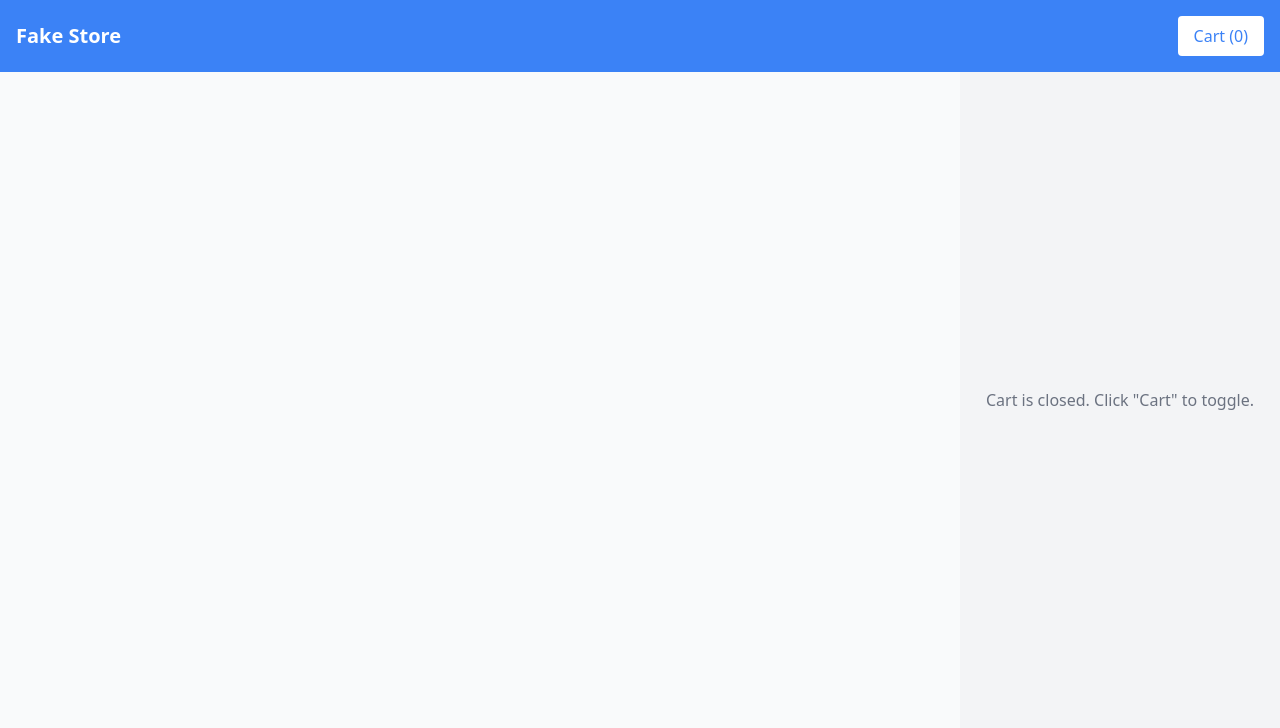
Repository: Meenakshi-commits/cart_app
Page: /
The author's editor kept a copy of each file at every save. The page is drawn from the files as they stood at one save, then again after the next save.
The browser window is 1280 px wide. The pictures show the whole page.
The page's requests for data from a server got no answer. The project was rebuilt for these pictures with package versions that can differ from the ones it lists, and the page was loaded fresh each time. No one was signed in, and anything a server would have sent is missing. Also part of the build but not shown: vite.config.js, src/components/ProductCard.jsx, src/components/CartModal.jsx.

Above is the page before, as saved 2025-01-07 20:39:14.

### index.html
<!doctype html>
<html lang="en">
  <head>
    <meta charset="UTF-8" />
    <link rel="icon" type="image/svg+xml" href="/vite.svg" />
    <meta name="viewport" content="width=device-width, initial-scale=1.0" />
    <title>Cart App</title>
  </head>
  <body>
    <div id="root"></div>
    <script type="module" src="/src/main.jsx"></script>
  </body>
</html>

### src/App.jsx
import React, { useState, useEffect } from 'react';
import Navbar from './components/Navbar';
import ProductList from './components/ProductList';
import CartModal from './components/CartModal';

const App = () => {
  const [products, setProducts] = useState([]);
  const [cart, setCart] = useState([]);
  const [isCartModalOpen, setIsCartModalOpen] = useState(false);

  useEffect(() => {
    fetch('https://fakestoreapi.com/products')
      .then((response) => response.json())
      .then((data) => setProducts(data));
  }, []);

  const addToCart = (product) => {
    if (cart.find((item) => item.id === product.id)) {
      alert('Item already added to the cart');
    } else {
      setCart([...cart, product]);
    }
  };

  const removeFromCart = (id) => {
    setCart(cart.filter((item) => item.id !== id));
  };

  const toggleCartModal = () => {
    setIsCartModalOpen(!isCartModalOpen);
  };

  return (
    <div className="App">
      <Navbar cartCount={cart.length} toggleCartModal={toggleCartModal} />
      <div className="flex">
        {/* Left Section - Product List */}
        <div className="w-3/4 p-4 bg-gray-50 overflow-y-auto h-[calc(100vh-4rem)]">
  <ProductList products={products} addToCart={addToCart} />
</div>

        {/* Right Section - Cart Modal */}
        <div className="w-1/4 p-4 bg-gray-100">
          {isCartModalOpen ? (
            <CartModal
              cart={cart}
              removeFromCart={removeFromCart}
              toggleCartModal={toggleCartModal}
            />
          ) : (
            <div className="flex justify-center items-center h-full">
              <p className="text-gray-500">Cart is closed. Click "Cart" to toggle.</p>
            </div>
          )}
        </div>
      </div>
    </div>
  );
};

export default App;

### src/components/Navbar.jsx
import React from "react";

const Navbar = ({cartCount,toggleCartModal}) => {
  return (
    <nav className="bg-blue-500 text-white p-4 flex justify-between items-center">
        <h1 className="text-xl font-bold">Fake Store</h1>
        <button onClick={toggleCartModal} className="bg-white text-blue-500 px-4 py-2 rounded"> Cart ({cartCount})
        </button>
          </nav>
  )
  };

  export default Navbar;

### src/components/ProductList.jsx
import React from 'react';
import ProductCard from './ProductCard';

const ProductList = ({ products, addToCart }) => {
  return (
    <div className="grid grid-cols-1 sm:grid-cols-2 md:grid-cols-3 lg:grid-cols-4 gap-6 p-6">
      {products.map((product) => (
        <ProductCard key={product.id} product={product} addToCart={addToCart} />
      ))}
    </div>
  );
};

export default ProductList;

Loaded but not shown: src/main.jsx (common file); src/index.css (common file); tailwind.config.js (common file)

After the next save:
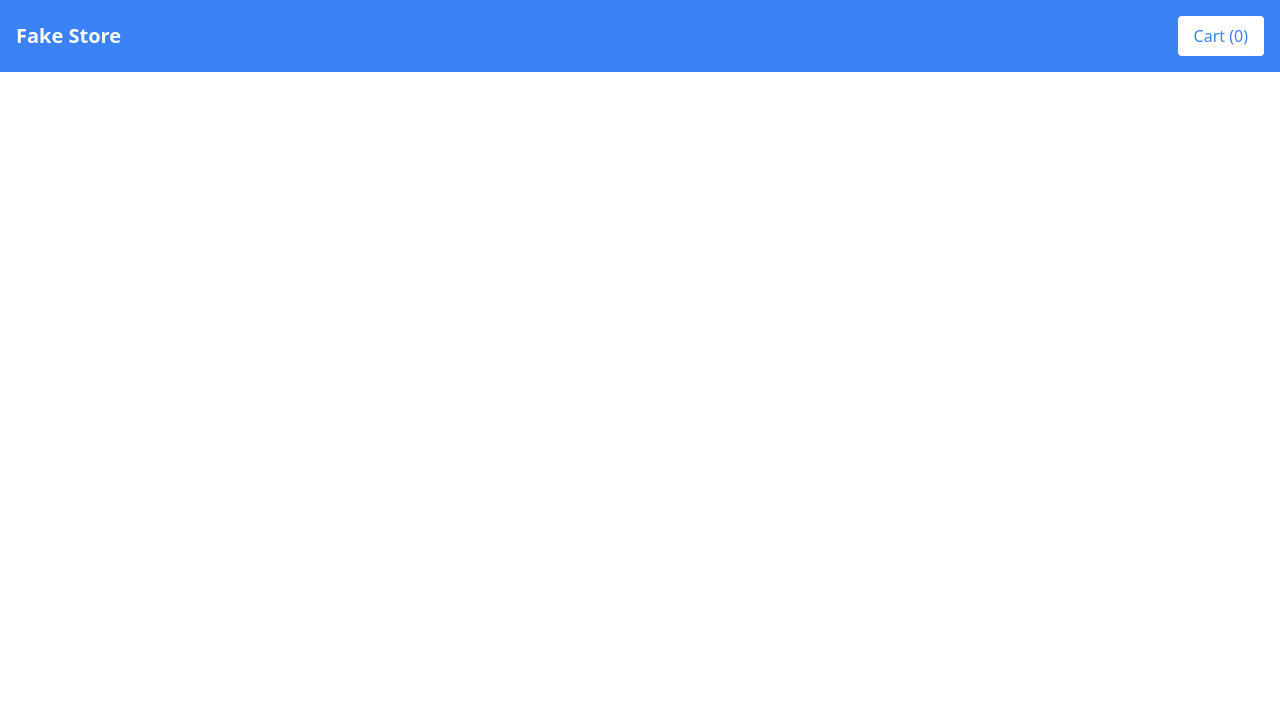
Saved 11 s later.
--- a/src/App.jsx
+++ b/src/App.jsx
@@ -31,29 +31,18 @@ const App = () => {
   };
 
   return (
-    <div className="App">
+    <div>
       <Navbar cartCount={cart.length} toggleCartModal={toggleCartModal} />
-      <div className="flex">
-        {/* Left Section - Product List */}
-        <div className="w-3/4 p-4 bg-gray-50 overflow-y-auto h-[calc(100vh-4rem)]">
-  <ProductList products={products} addToCart={addToCart} />
-</div>
-
-        {/* Right Section - Cart Modal */}
-        <div className="w-1/4 p-4 bg-gray-100">
-          {isCartModalOpen ? (
-            <CartModal
-              cart={cart}
-              removeFromCart={removeFromCart}
-              toggleCartModal={toggleCartModal}
-            />
-          ) : (
-            <div className="flex justify-center items-center h-full">
-              <p className="text-gray-500">Cart is closed. Click "Cart" to toggle.</p>
-            </div>
-          )}
-        </div>
+      <div className="p-4">
+        <ProductList products={products} addToCart={addToCart} />
       </div>
+      {isCartModalOpen && (
+        <CartModal
+          cart={cart}
+          removeFromCart={removeFromCart}
+          toggleCartModal={toggleCartModal}
+        />
+      )}
     </div>
   );
 };
